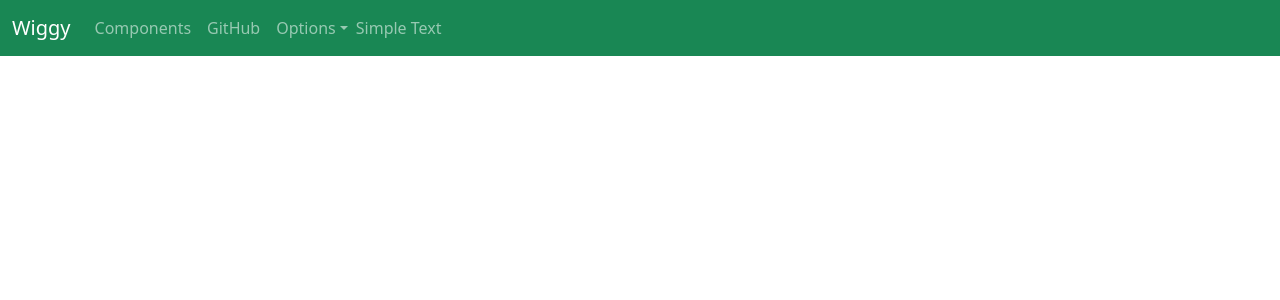
Repository: MohammadGulshan/wiggy
Page: / (app in client/)
These files come from the project's save history. The page is drawn as it stood at one moment and after the next save; the edit follows.
The browser window is 1280 px wide. The pictures show the whole page.
The project was rebuilt for these pictures with package versions that can differ from the ones it lists, and the page was loaded fresh each time. Also part of the build but not shown: client/src/App.css.

Above is the page before, as saved 2020-12-11 02:14:30.

### client/src/index.js
import React from 'react';
import ReactDOM from 'react-dom';
import App from './App';
import reportWebVitals from './reportWebVitals';

ReactDOM.render(
  <React.StrictMode>
    <App />
  </React.StrictMode>,
  document.getElementById('root')
);

// If you want to start measuring performance in your app, pass a function
// to log results (for example: reportWebVitals(console.log))
// or send to an analytics endpoint. Learn more: https://bit.ly/CRA-vitals
reportWebVitals();

### client/src/App.js
import 'bootstrap/dist/css/bootstrap.min.css';
import './App.css';
import AppNavbar from './components/AppNavbar';

function App() {
  return (
    <div className="App">
      <AppNavbar />
    </div>
  );
}

export default App;

### client/src/components/AppNavbar.js
import React from "react";
import {
  Collapse,
  Navbar,
  NavbarToggler,
  NavbarBrand,
  Nav,
  NavItem,
  NavLink,
  UncontrolledDropdown,
  DropdownToggle,
  DropdownMenu,
  DropdownItem,
  NavbarText,
} from "reactstrap";

const AppNavbar = (props) => {
  let isOpen = false;
  const toggle = () => isOpen = !isOpen;
  return (
    <div>
      <Navbar color="success" dark expand="md">
        <NavbarBrand href="/">Wiggy</NavbarBrand>
        <NavbarToggler onClick={toggle} />
        <Collapse isOpen={isOpen} navbar>
          <Nav className="mr-auto" navbar>
            <NavItem>
              <NavLink href="/components/">Components</NavLink>
            </NavItem>
            <NavItem>
              <NavLink href="https://github.com/reactstrap/reactstrap">GitHub</NavLink>
            </NavItem>
            <UncontrolledDropdown nav inNavbar>
              <DropdownToggle nav caret>
                Options
              </DropdownToggle>
              <DropdownMenu right>
                <DropdownItem>
                  Option 1
                </DropdownItem>
                <DropdownItem>
                  Option 2
                </DropdownItem>
                <DropdownItem divider />
                <DropdownItem>
                  Reset
                </DropdownItem>
              </DropdownMenu>
            </UncontrolledDropdown>
          </Nav>
          <NavbarText>Simple Text</NavbarText>
        </Collapse>
      </Navbar>
    </div>
  );
};

export default AppNavbar;

Loaded but not shown: client/public/index.html (common file); client/src/reportWebVitals.js (common file)

After the next save:
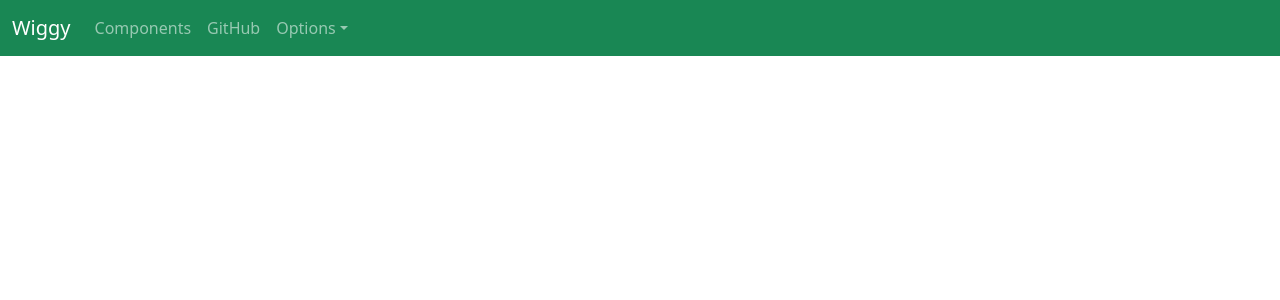
Saved 10 s later.
--- a/client/src/components/AppNavbar.js
+++ b/client/src/components/AppNavbar.js
@@ -23,7 +23,7 @@
         <NavbarBrand href="/">Wiggy</NavbarBrand>
         <NavbarToggler onClick={toggle} />
         <Collapse isOpen={isOpen} navbar>
-          <Nav className="mr-auto" navbar>
+          <Nav className="ml-auto" navbar>
             <NavItem>
               <NavLink href="/components/">Components</NavLink>
             </NavItem>
@@ -48,7 +48,6 @@
               </DropdownMenu>
             </UncontrolledDropdown>
           </Nav>
-          <NavbarText>Simple Text</NavbarText>
         </Collapse>
       </Navbar>
     </div>
